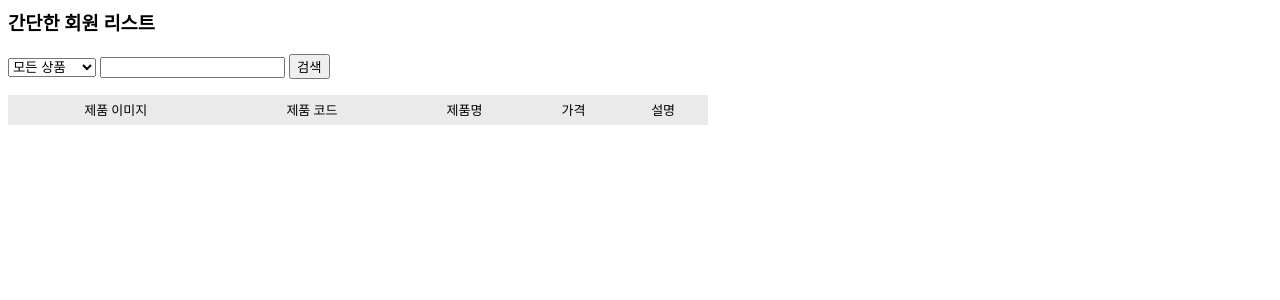
Repository: sjeong12/Photos
Page: http://localhost/LSJ_PHOTO/admin/productList.jsp
An editor plug-in stored every save of this project. The page is shown before and after the next save, followed by the edit.
The browser window is 1280 px wide. The pictures show the whole page.
The page is served by Tomcat 9. Other server files are loaded and not shown. Queries for data that is not in the repository find no rows.

Above is the page before, as saved 2016-12-07 05:55:29.

### LSJ_PHOTO/WebContent/admin/productList.jsp
<%@ page language="java" import="java.sql.*" contentType="text/html; charset=utf-8" pageEncoding="utf-8" %>
<% request.setCharacterEncoding("utf-8"); %>
<HTML><HEAD>
<TITLE>간단한 회원 리스트</TITLE></HEAD>
<H3>간단한 회원 리스트</H3>

<BODY>

<%
    //String in_usernm = request.getParameter("search_value");
    //if (in_usernm == null) in_usernm = "";

    String in_search_key   = request.getParameter("search_key");
	String in_search_value = request.getParameter("search_value");
    //  페이지 번호 – 없으면(처음) 1, 아니면 전달 받은 페이지
    String strPageNum = request.getParameter("PageNum");     // paging
    // 표시할 목록의 개수 – 없으면 지정하여 사용
  	String strPageSize = request.getParameter("PageSize");   // paging
  	if (in_search_key   == null) in_search_key   = "";
 	if (in_search_value == null) in_search_value = "";
    if (strPageNum == null) strPageNum = "1";        // paging
    if (strPageSize == null) strPageSize = "10";      // paging    이 크기는 화면 사이즈에 따라 다름
    int currentPage = Integer.parseInt(strPageNum);  // paging  현재 선택 페이지 값 INT 로 변경
    int pageSize = Integer.parseInt(strPageSize);     // paging    목록의 갯수 INT로 변경
%>

<FORM NAME = frm_s  ACTION="deleteProduct.jsp" METHOD=post>
<SELECT NAME=search_key>

<OPTION VALUE = ""
	<%
 	     if (in_search_key.equals("")) out.print(" selected");
	%>
    >모든 상품</OPTION>
<OPTION VALUE = "1"
	<%
 	     if (in_search_key.equals("1")) out.print(" selected");
	%>
    >액자</OPTION>
<OPTION VALUE = "2"
    <%
         if (in_search_key.equals("2")) out.print(" selected");
    %>
  >앨범</OPTION>
 <OPTION VALUE = "3"
    <%
         if (in_search_key.equals("3")) out.print(" selected");
    %>
  >디자인 소품</OPTION>


   </SELECT>
 <INPUT TYPE=text NAME=search_value VALUE="<%= in_search_value %>">
<INPUT TYPE=submit VALUE="검색">
</FORM>




<TABLE border = "0" cellspacing = "0" cellpadding = "2" width = "700">

<TR bgcolor = "EAEAEA" height="30">
<TD><font size = 2><center>제품 이미지</center></font></TD>
<TD><font size = 2><center>제품 코드</center></font></TD>
<TD><font size = 2><center>제품명</center></font></TD>
<TD><font size = 2><center>가격</center></font></TD>
<TD><font size = 2><center>설명</center></font></TD>
</TR>
<%
Class.forName("com.microsoft.sqlserver.jdbc.SQLServerDriver");
String connectionURL = "jdbc:sqlserver://localhost:1433;databaseName=DBPstudio;user=sa;password=11";
Connection con = DriverManager.getConnection(connectionURL);

ResultSet rs = null;   // 데이터 베이스에서 가져온 정보를 저장하는 객체
ResultSet rs2 = null;      // paging    rs 객체 하나 더 생성

     Statement stmt = con.createStatement();
   //String SQL = "select userid, usernm, gender, jumin, jobcd from members order by userid";


     String SQL = "SELECT * ";

if (in_search_key.equals("")){
	SQL = SQL + "from Product ";
    SQL = SQL + "where Product_Name LIKE '%" + in_search_value + "%'";
    SQL = SQL + "or Product_Code Like '%" + in_search_value + "%' ";
}
else if (in_search_key.equals("1")){
	SQL = SQL + "from Product P, Sub_Category S ";
    SQL = SQL + "where (P.Product_Name LIKE '%" + in_search_value + "%' ";
    SQL = SQL + "or P.Product_Code Like '%" + in_search_value + "%') ";
    SQL = SQL + "and (P.SubCategory_Num = S.Sub_Category_Num) ";
	SQL = SQL + "and (S.Category_Num = '1') ";
}
else if (in_search_key.equals("2")){
	SQL = SQL + "from Product P, Sub_Category S ";
    SQL = SQL + "where (P.Product_Name LIKE '%" + in_search_value + "%' ";
    SQL = SQL + "or P.Product_Code Like '%" + in_search_value + "%') ";
    SQL = SQL + "and (P.SubCategory_Num = S.Sub_Category_Num) ";
	SQL = SQL + "and (S.Category_Num = '2') ";
}
else if (in_search_key.equals("3")){
	SQL = SQL + "from Product P, Sub_Category S ";
    SQL = SQL + "where (P.Product_Name LIKE '%" + in_search_value + "%' ";
    SQL = SQL + "or P.Product_Code Like '%" + in_search_value + "%') ";
	SQL = SQL + "and (P.SubCategory_Num = S.Sub_Category_Num) ";
	SQL = SQL + "and (S.Category_Num = '3') ";
}
	SQL = SQL + "order by Product_Name ";


     // 페이징을 이용하기 위한 MSSQL 함수로 페이지를 계산한다.
     String SQL2 = SQL;                             //  위의 기존 SQL 에 더 추가       // paging
     SQL2 = SQL2 + "OFFSET "+ ( currentPage - 1 ) * pageSize + " ROWS ";   // paging
     SQL2 = SQL2 + "FETCH NEXT " + pageSize + " ROWS ONLY ";                // paging
       // 전체 카운트를 가져오기위한 sql을 실행해야한다.
      rs2 = stmt.executeQuery(SQL);   // select 문                             //paging
      int totalRecords = 0;                                                             //paging
      while(rs2.next()){       // 처음부터 끝까지                                  //paging
      totalRecords++;       // 전체 레코드 수 카운트                             //paging
      }


   // 페이지가 계산된 목록을 가져오는 SQL2를 실행한다.
      rs = stmt.executeQuery(SQL2);    //  SQL2=기존 SQL + 페이징 SQL      // paging

   while(rs.next())
   {
       String image= rs.getString("Product_Image");
       String code= rs.getString("Product_Code");
       String name= rs.getString("Product_Name");
       int price= rs.getInt("product_Price");
       String Info= rs.getString("Product_Info");

   %>
      <TR onmouseover="this.style.backgroundColor='orange';"
      onmouseout="this.style.backgroundColor='white'; " >  <TD>
      <a href="member_update.jsp?puserid=<%= code %>">
      <img src="/LSJ_PHOTO/productImage/<%= image %>" border="0" width="100"/>
      </a>
      </TD>
               <TD><font size = 2> <%= code%> </font></TD>
               <TD><font size = 2> <%= name%> </font></TD>
               <TD><font size = 2> &nbsp;&nbsp;<%= price %>&nbsp;&nbsp; </font></TD>
               <TD><font size = 2> <%= Info%> </font></TD> </TR>
   <% } %>

</TABLE>
<%
int intTotPages= 0; // 총 페이지 수 계산
int intR= totalRecords % pageSize;   // 6 % 3 = 0
if(intR == 0) {
intTotPages = totalRecords / pageSize;
}
else  {   // 7 % 3 != 0
intTotPages = totalRecords / pageSize + 1;  // 나머지가 0 아니면 총 페이지수는 몫 + 1
}

int intGrpSize  = 2; // 그룹 수 설정 - 화면에 보여질 그룹  수
int currentGrp  = 0; // 현 그룹 No.
intR= currentPage % intGrpSize;     // 3 % 2 = ?
if(intR == 0) {
currentGrp= currentPage / intGrpSize;  //4/2=2 그룹
}
else  {   // 3/2 =1 +1 =2그룹
currentGrp= currentPage / intGrpSize + 1;
}
//Page 282
int intGrpStartPage= (currentGrp  - 1) * intGrpSize + 1;   // 2그룹일 때 (2-1)*2+1=3
int intGrpEndPage=  currentGrp * intGrpSize;                  // 2그룹일 때  2*2=4
if (intGrpEndPage > intTotPages){    //  그룹의 끝 페이지가 총 페이지수보다 크면
intGrpEndPage= intTotPages;           //  끝 페이지 수가 총 페이지 수
}

if (currentGrp > 1){    //  그룹 2부터는 이전 페이지 표시
%>
 [<A href="deleteProduct.jsp?PageNum=<%= intGrpStartPage - 1 %>">이전</A>]
<%                                                               // 이전 이니까 -1
}

int intGrpPageCount= intGrpSize; // 그룹 당 페이지 수
int intIndex= intGrpStartPage; // 현 그룹 시작 페이지
while (intGrpPageCount > 0 && intIndex <= intGrpEndPage){
%>
[<A href="deleteProduct.jsp?PageNum=<%= intIndex %>"><%= intIndex %></A>] &nbsp;
<%
intIndex = intIndex + 1;
intGrpPageCount  = intGrpPageCount - 1;
}
if (intIndex <= intTotPages){  // 다음 그룹이 있으면
%>
[<A href="deleteProduct.jsp?PageNum=<%= intIndex %>">다음</A>]
<%
}

stmt.close();
rs.close();
rs2.close();
con.close();

%>

</BODY>

After the next save:
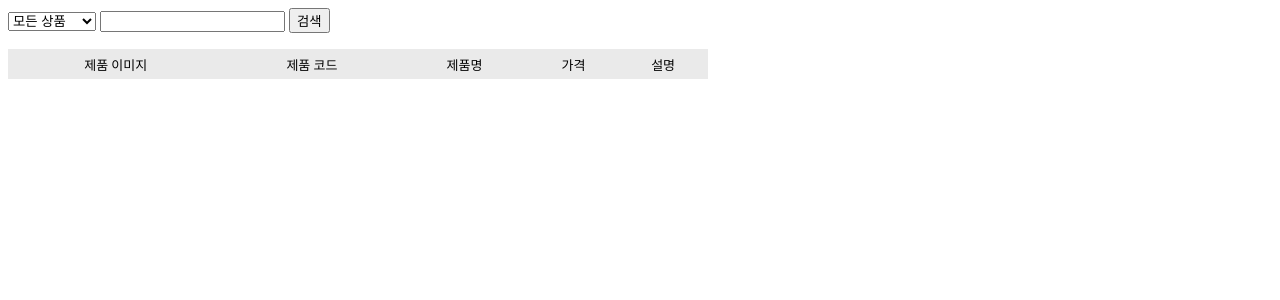
Saved 11 s later.
--- a/LSJ_PHOTO/WebContent/admin/productList.jsp
+++ b/LSJ_PHOTO/WebContent/admin/productList.jsp
@@ -2,7 +2,7 @@
 <% request.setCharacterEncoding("utf-8"); %>
 <HTML><HEAD>
 <TITLE>간단한 회원 리스트</TITLE></HEAD>
-<H3>간단한 회원 리스트</H3>
+
 
 <BODY>
 
